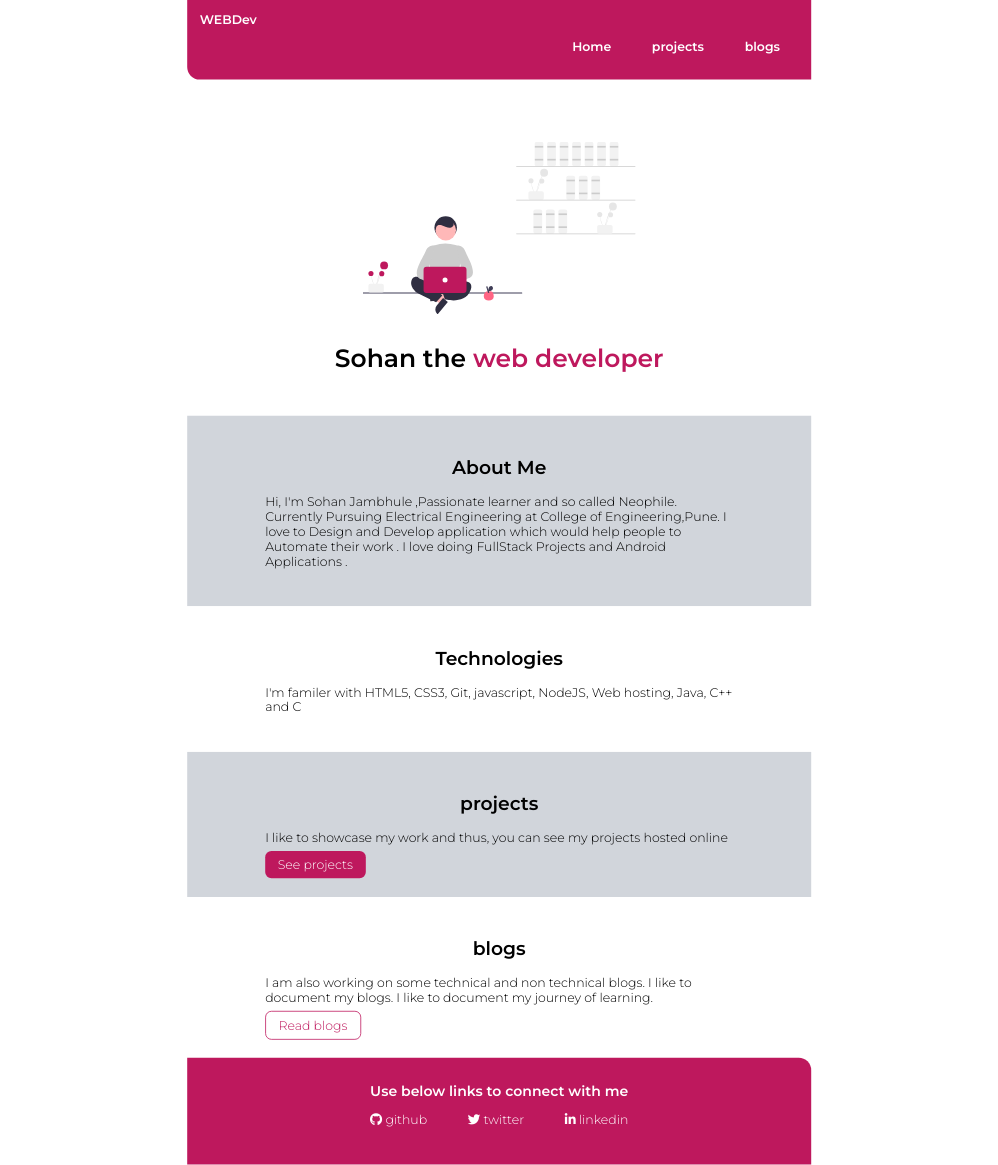
Repository: sohan2503001/Portfolio
Page: index.html
These files come from the project's save history. The page is drawn as it stood at one moment and after the next save; the edit follows.
The browser window is 1280 px wide. The pictures show the whole page, at 78% of full size.

Above is the page before, as saved 2021-04-22 00:55:43.

After the next save:
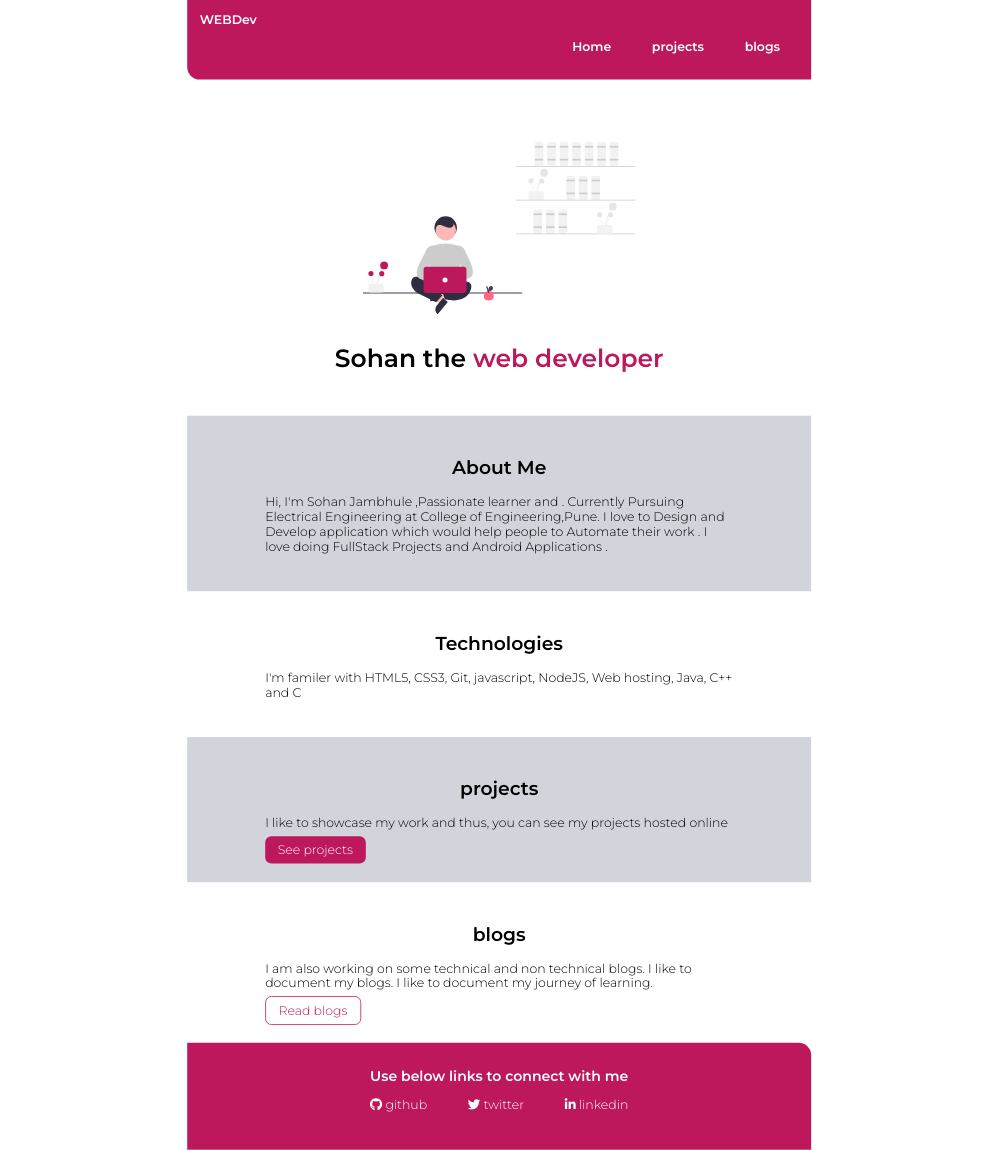
Saved 5 min 28 s later.
--- a/index.html
+++ b/index.html
@@ -39,7 +39,7 @@
     <div class="container container-center">
       <h1>About Me</h1>
       <p>
-        Hi, I'm Sohan Jambhule ,Passionate learner and so called Neophile.
+        Hi, I'm Sohan Jambhule ,Passionate learner and .
         Currently Pursuing Electrical Engineering at College of Engineering,Pune.
         I love to Design and Develop application which would help people to Automate their work .
         I love doing FullStack Projects and Android Applications .
